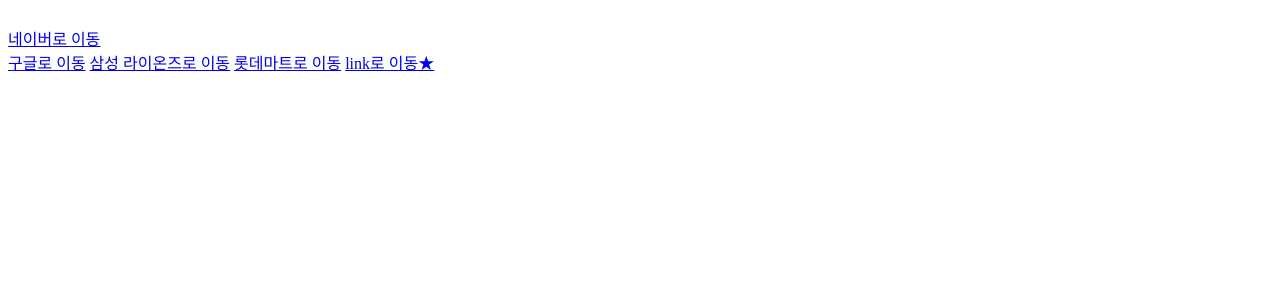
Repository: guswnsdldl/gb
Page: html workspace/d_link/src/main/webapp/link-task.html
The author's editor kept a copy of each file at every save. The page is drawn from the files as they stood at one save, then again after the next save.
The browser window is 1280 px wide. The pictures show the whole page.

Above is the page before, as saved 2024-08-06 01:10:30.

### html workspace/d_link/src/main/webapp/link-task.html
<!DOCTYPE html>
<html>
<head>
<meta charset="UTF-8">
<title>링크 태그 - 실습</title>
</head>
<body>

<!--
네이버로 이동
구글로 이동
삼성으로 이동
롯데마트로 이동
link.html로 이동
 -->

<br> <a href="http://www.naver.com">네이버로 이동</a> </br>
<a href="http://www.google.com">구글로 이동</a>
<a href="https://www.samsunglions.com/">삼성 라이온즈로 이동</a>
<a href="https://www.lotteon.com">롯데마트로 이동</a>
<a href="link.html" target="_blank">link로 이동★</a>

</body>
</html>

After the next save:
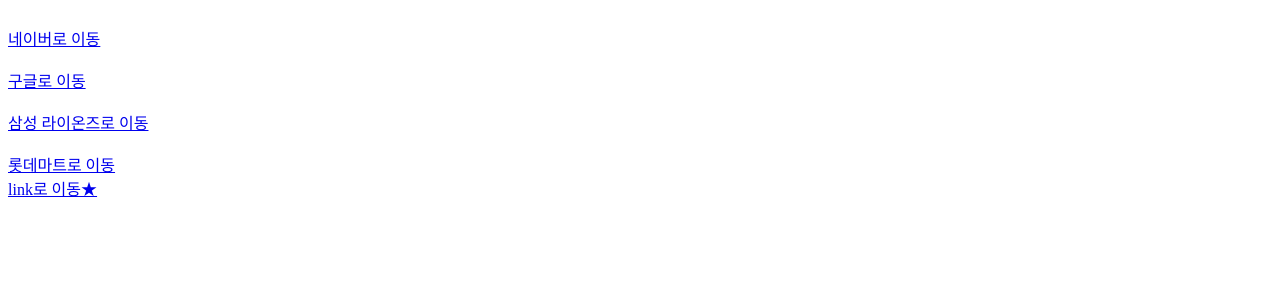
Saved 30 s later.
--- a/html workspace/d_link/src/main/webapp/link-task.html
+++ b/html workspace/d_link/src/main/webapp/link-task.html
@@ -15,9 +15,9 @@
  -->
 
 <br> <a href="http://www.naver.com">네이버로 이동</a> </br>
-<a href="http://www.google.com">구글로 이동</a>
-<a href="https://www.samsunglions.com/">삼성 라이온즈로 이동</a>
-<a href="https://www.lotteon.com">롯데마트로 이동</a>
+<br><a href="http://www.google.com">구글로 이동</a> </br>
+<br><a href="https://www.samsunglions.com/">삼성 라이온즈로 이동</a></br>
+<br><a href="https://www.lotteon.com">롯데마트로 이동</a></br>
 <a href="link.html" target="_blank">link로 이동★</a>
 
 </body>
